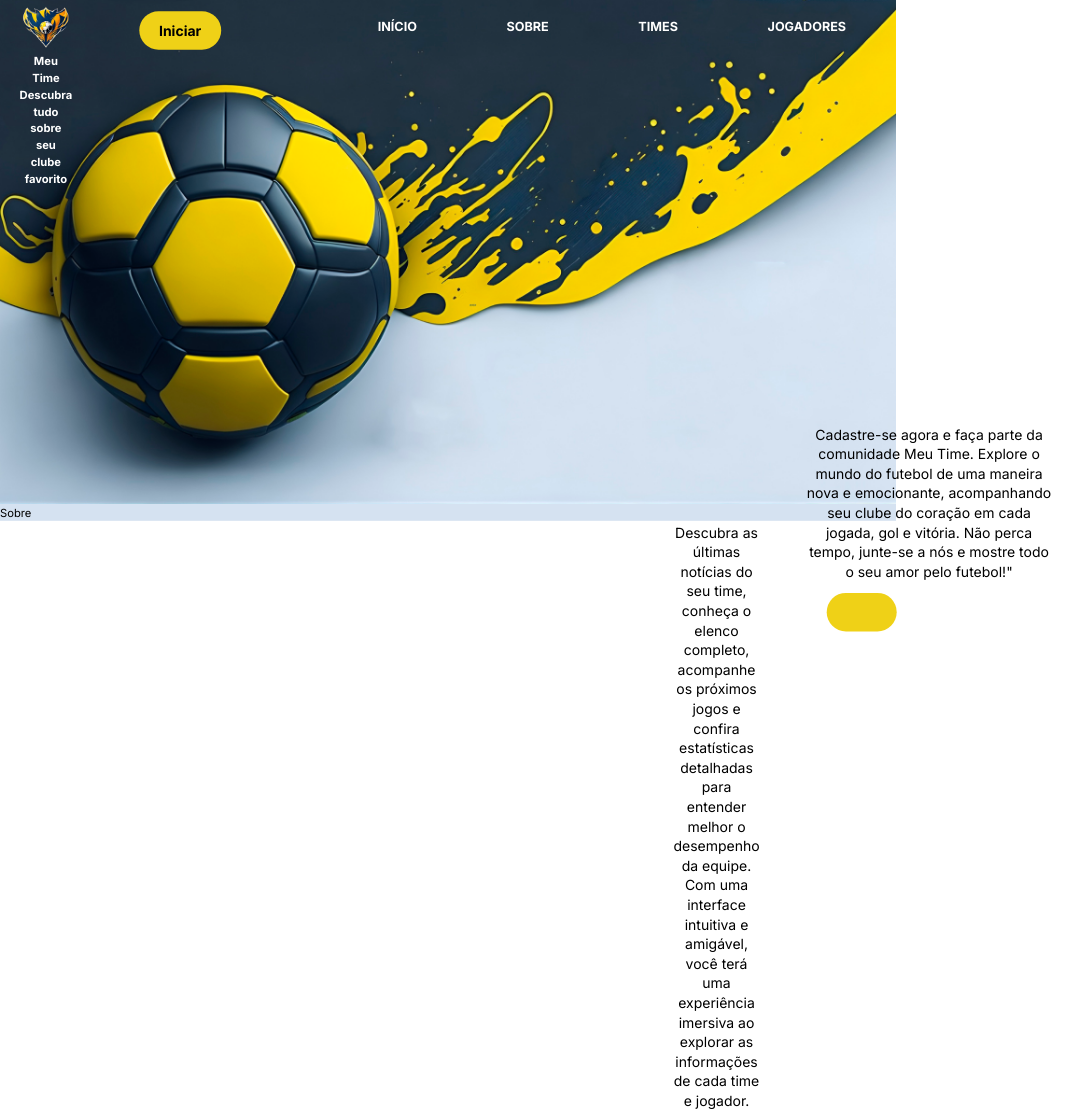
Repository: LuizAGDomingues/MeuTimeApp
Page: /
The author's editor kept a copy of each file at every save. The page is drawn from the files as they stood at one save, then again after the next save.
The browser window is 1280 px wide. The page is 1505 px wide, then 1559 px, so the pictures cover 1559 px, including what lies to the right of the window. The pictures show the whole page, at 70% of full size.
The project was rebuilt for these pictures with package versions that can differ from the ones it lists, and the page was loaded fresh each time. The framework's server and built-in components were replaced by stand-ins that run in the browser. Also part of the build but not shown: next.config.js.

Above is the page before, as saved 2023-05-22 13:58:28.

### src/app/layout.tsx
import './globals.css'
import { Inter } from 'next/font/google'

const inter = Inter({ subsets: ['latin'] })

export const metadata = {
  title: 'Trade test - Football API',
  description: 'Test para vaga front-end da Trade Technology',
}

export default function RootLayout({
  children,
}: {
  children: React.ReactNode
}) {
  return (
    <html lang="pt-br">
      <body className={inter.className}>{children}</body>
    </html>
  )
}

### src/app/page.tsx
import Header from "@/components/Header";
import LoginDialog from "@/components/LoginDialog";

export default function Home() {
  return (
    <>
      <main className="w-full h-screen">
        <Header />
        <div className="flex">
          <p className="text-xl text-center w-[410px] ml-[962px] mt-[480px]">Descubra as últimas notícias do seu time, conheça o elenco completo, acompanhe os próximos jogos e confira estatísticas detalhadas para entender melhor o desempenho da equipe. Com uma interface intuitiva e amigável, você terá uma experiência imersiva ao explorar as informações de cada time e jogador.</p>
          <div className="flex flex-col">
            <p className="text-xl text-center w-[356px] ml-16 mt-[340px]">Cadastre-se agora e faça parte da comunidade Meu Time. Explore o mundo do futebol de uma maneira nova e emocionante, acompanhando seu clube do coração em cada jogada, gol e vitória. Não perca tempo, junte-se a nós e mostre todo o seu amor pelo futebol!"</p>
            <LoginDialog text=""/>
          </div>
        </div>
      </main>
      <section id="sobre" className="bg-[#d5e2f1]">
        Sobre
      </section>
    </>
  )
}

### src/app/globals.css
@tailwind base;
@tailwind components;
@tailwind utilities;

main {
  background-image: url('../assets/background.png');
  background-size: cover;
  background-repeat: no-repeat;
}

### src/components/Header.tsx
import React from 'react'
import LoginDialog from './LoginDialog'
import logo from '../assets/logo.png'
import Image from 'next/image'
import NavigationElement from './NavigationElement'

function Header() {
  return (
    <div className='flex'>
      <div className='flex flex-col items-center ml-7'>
        <Image src={logo} alt='Logo exemplo'/>
        <span className='text-white font-bold text-center'>Meu Time<br/>Descubra tudo sobre seu clube favorito</span>
      </div>
      <LoginDialog text='Iniciar' />
      <div className='flex justify-between gap-32 mt-6 h-7'>
        <NavigationElement href='/' text='Início' />
        <NavigationElement href='/#sobre' text='Sobre' />
        <NavigationElement href='/times' text='Times' />
        <NavigationElement href='/jogadores' text='Jogadores' />
        <NavigationElement href='/estatisticas' text='Estatísticas' />
      </div>

    </div>
  )
}

export default Header

### src/components/LoginDialog.tsx
import React from 'react'

interface LoginDialogProps {
  className?: string,
  text: string
}

function LoginDialog(props: LoginDialogProps) {
  return (
    <button className={`bg-[#EFD117] rounded-full h-[55px] mt-4 ml-24 mr-56 px-7 py-2 text-black font-bold text-xl ${props.className}`}>{props.text}</button>
  )
}

export default LoginDialog

### src/components/NavigationElement.tsx
import Link from 'next/link'
import React from 'react'

interface NavigationElementProps {
  href: string;
  text: string;
}

export default function NavigationElement(props: NavigationElementProps) {
  return (
    <Link href={props.href} className='font-bold text-lg text-white uppercase hover:text-[#EFD117] transition-all'>{props.text}</Link>
  )
}

Loaded but not shown: tailwind.config.js (common file)

After the next save:
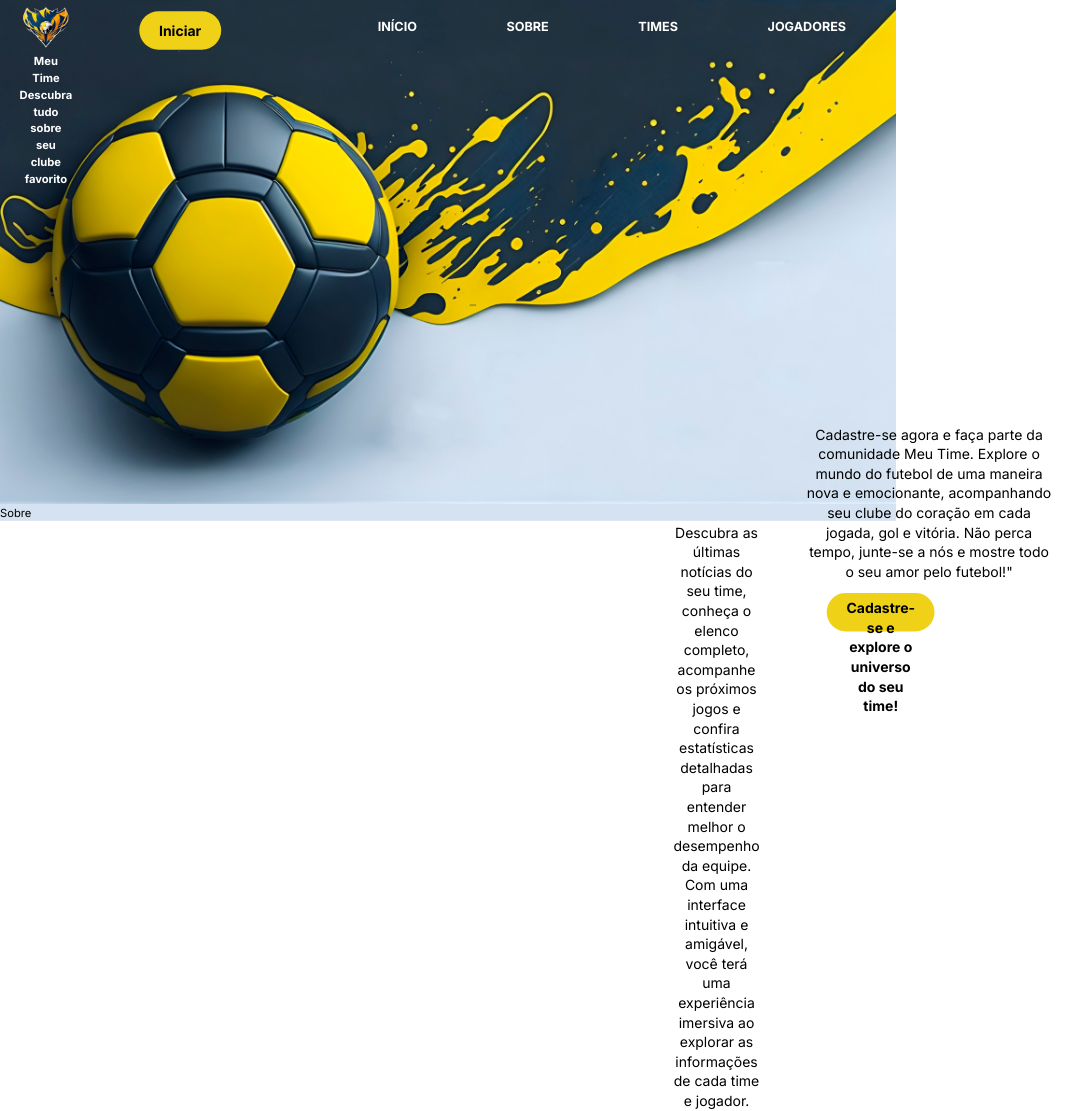
Saved 5 s later.
--- a/src/app/page.tsx
+++ b/src/app/page.tsx
@@ -10,7 +10,7 @@
           <p className="text-xl text-center w-[410px] ml-[962px] mt-[480px]">Descubra as últimas notícias do seu time, conheça o elenco completo, acompanhe os próximos jogos e confira estatísticas detalhadas para entender melhor o desempenho da equipe. Com uma interface intuitiva e amigável, você terá uma experiência imersiva ao explorar as informações de cada time e jogador.</p>
           <div className="flex flex-col">
             <p className="text-xl text-center w-[356px] ml-16 mt-[340px]">Cadastre-se agora e faça parte da comunidade Meu Time. Explore o mundo do futebol de uma maneira nova e emocionante, acompanhando seu clube do coração em cada jogada, gol e vitória. Não perca tempo, junte-se a nós e mostre todo o seu amor pelo futebol!"</p>
-            <LoginDialog text=""/>
+            <LoginDialog text="Cadastre-se e explore o universo do seu time!"/>
           </div>
         </div>
       </main>
